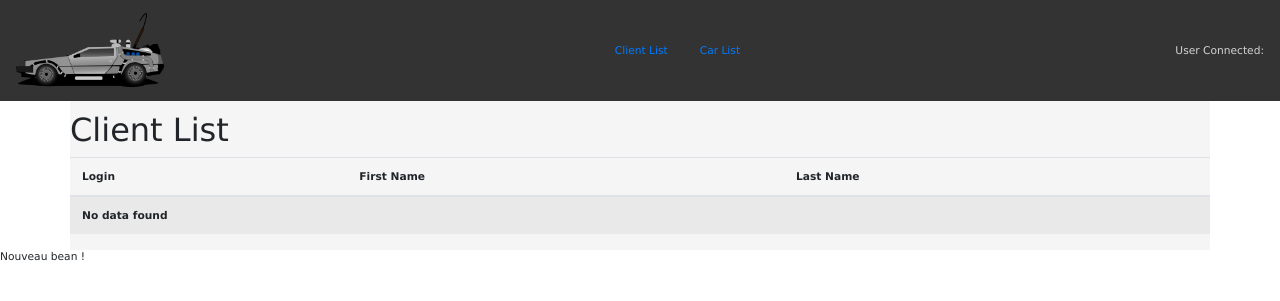
Repository: iamarnaud/tp_java_jee_CarRental
Page: http://localhost/VehicleRental/pages/clients.jsp
These files come from the project's save history. The page is drawn as it stood at one moment and after the next save; the edit follows.
The browser window is 1280 px wide. The pictures show the whole page.
The page is served by Tomcat 9. Other server files are loaded and not shown. Queries for data that is not in the repository find no rows.

Above is the page before, as saved 2018-08-28 14:57:51.

### VehicleRental/WebContent/pages/clients.jsp
<%@ page language="java" contentType="text/html; charset=ISO-8859-1"
	pageEncoding="UTF-8"%>

<jsp:useBean id="client" scope="session"
	class="com.campusnumerique.vehiclerental.bean.ClientBean" />
<!DOCTYPE html PUBLIC "-//W3C//DTD HTML 4.01 Transitional//EN" "http://www.w3.org/TR/html4/loose.dtd">
<html>
<%@ include file="head.jsp" %>
<body>
	<%@ include file="header.jsp" %>
	<div class="container" id="content">
		<div class="row">
			<h2>Client List</h2>
			<table id="userTable" class="table table-striped">
				<thead>
					<tr>
						<th>Login</th>
						<th>First Name</th>
						<th>Last Name</th>
					</tr>
				</thead>
				<tbody>

				</tbody>
			</table>
		</div>
	</div>
	<jsp:useBean id="ClientDAO" class="com.campusnumerique.vehiclerental.dao.ClientDAO">
   <%-- Ici, vous pouvez placer ce que vous voulez :
        définir des propriétés, créer d'autres objets, etc. --%>
   <p>Nouveau bean !</p>
</jsp:useBean>
</body>
</html>

### VehicleRental/WebContent/pages/head.jsp
<head>
	<meta http-equiv="Content-Type" content="text/html; charset=ISO-8859-1">
  	<meta name="viewport" content="width=device-width, initial-scale=1">
	<title>Client List</title>

	<!-- JQuery 3.3.1 -->
	<script src="https://code.jquery.com/jquery-3.3.1.min.js"></script>

	<!-- Bootstrap 4.1.3 -->
	<link rel="stylesheet" href="https://stackpath.bootstrapcdn.com/bootstrap/4.1.3/css/bootstrap.min.css">
	<script src="https://cdnjs.cloudflare.com/ajax/libs/popper.js/1.14.3/umd/popper.min.js"></script>
	<script src="https://stackpath.bootstrapcdn.com/bootstrap/4.1.3/js/bootstrap.min.js"></script>

	<!-- General -->
	<link rel="stylesheet" href="../resources/css/global.css" />
	<script src="../resources/js/client.js"></script>
</head>

### VehicleRental/WebContent/pages/header.jsp
<nav class="navbar navbar-light " id="header">
 <a class="navbar-brand" href="#">
	<img  src="../resources/images/delorean.png"/>
 </a>
  <ul class="nav nav-pills">
    <li class="nav-item">
      <a class="nav-link" href="./clients.jsp">Client List</a>
    </li>
    <li class="nav-item">
      <a class="nav-link" href="./cars.jsp">Car List</a>
    </li>
   </ul>
	<ul class="nav navbar-nav navbar-right">
		<li>User Connected: </li>
	</ul>
</nav>

### VehicleRental/src/com/campusnumerique/vehiclerental/bean/ClientBean.java
package com.campusnumerique.vehiclerental.bean;

public class ClientBean {

	private String login;
	private String mail;


	public ClientBean(){
		setLogin("NoUserLogin");
		setMail("");
	}


	public ClientBean(String aLogin, String mail){
		setLogin(aLogin);
		setMail(mail);
	}

	public String getLogin() {
		return login;
	}

	public void setLogin(String login) {
		this.login = login;
	}

	public String getMail() {
		return mail;
	}

	public void setMail(String mail) {
		this.mail = mail;
	}


}

### VehicleRental/WebContent/resources/css/global.css
#header{
	background-color:#333333;
	color:lightgrey;
	text-align:center
}
#header img{
	height:75px;
}
#content{
	background-color:#f5f5f5;
	padding-top:10px;
}


/* Général ------------------------------------------------------------------------------------- */

body, p, legend, label, input {
    font: normal 8pt verdana, helvetica, sans-serif;
}

fieldset {
    padding: 10px;
    border: 1px #0568CD solid;
}

legend {
    font-weight: bold;
    color: #0568CD;
}

/* Forms --------------------------------------------------------------------------------------- */

form label {
    float: left;
    width: 200px;
    margin: 3px 0px 0px 0px;
}

form input {
    margin: 3px 3px 0px 0px;
    border: 1px #999 solid;
}

form input.sansLabel {
    margin-left: 200px;
}

form .requis {
    color: #c00;
}

### VehicleRental/src/com/campusnumerique/vehiclerental/servlet/client/ClientServlet.java
package com.campusnumerique.vehiclerental.servlet.client;

import java.io.IOException;
import java.io.PrintWriter;
import java.sql.SQLException;
import javax.servlet.ServletException;
import javax.servlet.annotation.WebServlet;
import javax.servlet.http.HttpServlet;
import javax.servlet.http.HttpServletRequest;
import javax.servlet.http.HttpServletResponse;

import org.json.JSONArray;
import org.json.JSONObject;

import com.campusnumerique.vehiclerental.dao.ClientDAO;

/**
 * Servlet implementation class MyServlet
 */
@WebServlet("/ClientServlet")
public class ClientServlet extends HttpServlet {
	private static final long serialVersionUID = 1L;
    private ClientDAO clientDAO=null;
    /**
     * @throws ClassNotFoundException
     * @see HttpServlet#HttpServlet()
     */
    public ClientServlet() throws ClassNotFoundException {
        super();
        clientDAO= new ClientDAO();
    }

	/**
	 * @see HttpServlet#doGet(HttpServletRequest request, HttpServletResponse response)
	 */
	protected void doGet(HttpServletRequest request, HttpServletResponse response) throws ServletException, IOException {
		String wAction = "";
		JSONObject responseData = new JSONObject();
	    PrintWriter out = response.getWriter();
		response.setContentType("application/json");
		if(request.getParameter("action")!=null && !request.getParameter("action").equals("")){
			wAction=request.getParameter("action");
			if(wAction.equals("getClients")){

					JSONArray clients = clientDAO.findAllAsJson();
					responseData.put("clients", clients);
					response.setStatus(HttpServletResponse.SC_OK);

			}
			out.println(responseData.toString());
		}
		else{
			response.setStatus(HttpServletResponse.SC_NOT_ACCEPTABLE);
			out.println("No action given");
		}
	}

	/**
	 * @see HttpServlet#doPost(HttpServletRequest request, HttpServletResponse response)
	 */
	protected void doPost(HttpServletRequest request, HttpServletResponse response) throws ServletException, IOException {
		// TODO Auto-generated method stub
		doGet(request, response);
	}

}

Loaded but not shown: VehicleRental/src/org/json/JSONException.java (common file); VehicleRental/src/org/json/JSONPointerException.java (common file); VehicleRental/src/org/json/JSONString.java (common file); VehicleRental/WebContent/resources/js/client.js (42 lines, source omitted); VehicleRental/src/org/json/JSONObject.java (2563 lines, source omitted); VehicleRental/src/org/json/JSONArray.java (1541 lines, source omitted)

After the next save:
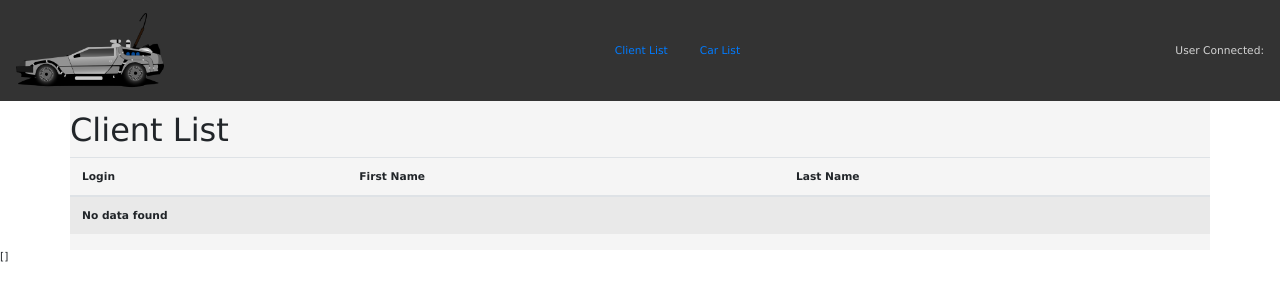
Saved 3 min 51 s later.
--- a/VehicleRental/WebContent/pages/clients.jsp
+++ b/VehicleRental/WebContent/pages/clients.jsp
@@ -26,9 +26,7 @@
 		</div>
 	</div>
 	<jsp:useBean id="ClientDAO" class="com.campusnumerique.vehiclerental.dao.ClientDAO">
-   <%-- Ici, vous pouvez placer ce que vous voulez :
-        définir des propriétés, créer d'autres objets, etc. --%>
-   <p>Nouveau bean !</p>
+   <%= ClientDAO.findAllAsJson() %>
 </jsp:useBean>
 </body>
 </html>
